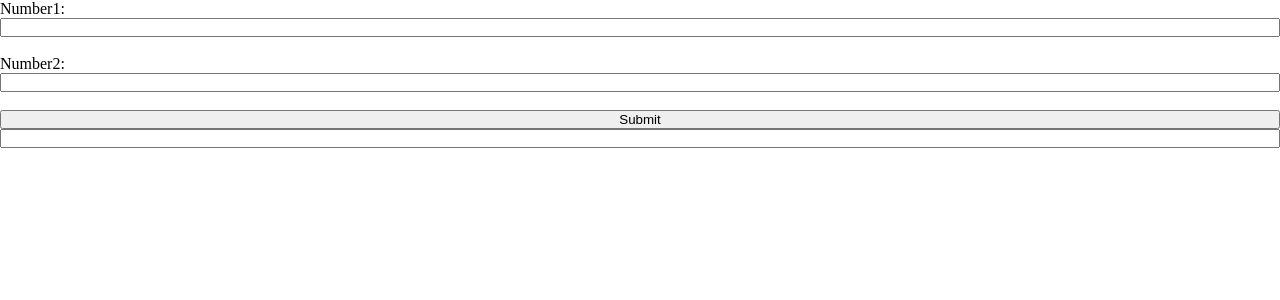
Repository: Nanda-Hari-Reddy/YouTube-Clone
Page: http://localhost/Demo/
The author's editor kept a copy of each file at every save. The page is drawn from the files as they stood at one save, then again after the next save.
The browser window is 1280 px wide. The pictures show the whole page.
The page is served by Tomcat 9.

Above is the page before, as saved 2023-11-01 05:25:40.

After the next save:
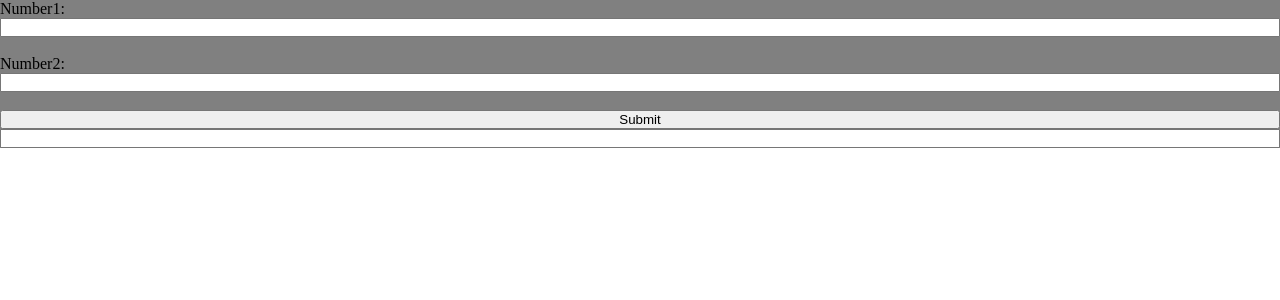
Saved 56 s later.
--- a/MDB-Free_4.20.0/SERVELETS/Demo/src/main/webapp/index.jsp
+++ b/MDB-Free_4.20.0/SERVELETS/Demo/src/main/webapp/index.jsp
@@ -9,6 +9,7 @@
 		}
 			form
 			{
+				background-color:grey;
 				margin-bottom: 10px;
 				display: flex;
 				flex-direction:column;
